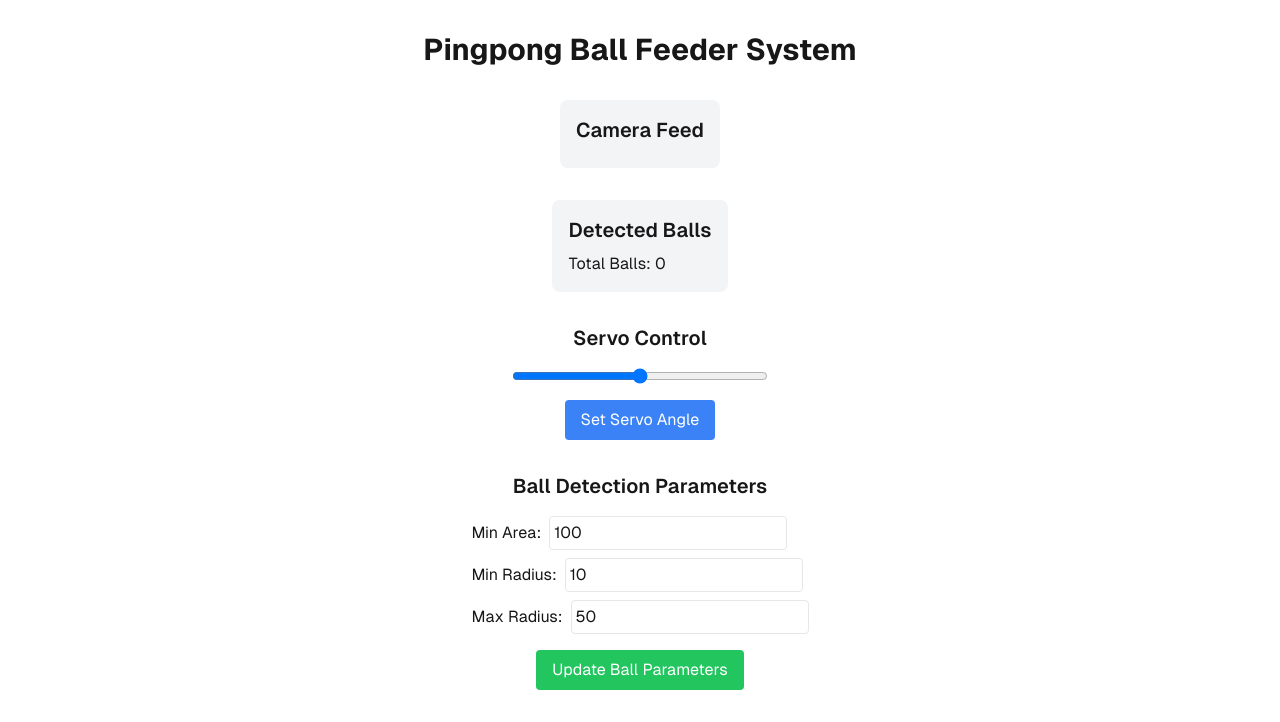
Repository: agurkmedia/pingypongy
Page: /
An editor plug-in stored every save of this project. The page is shown before and after the next save, followed by the edit.
The browser window is 1280 px wide. The pictures show the whole page.
The page's requests for data from a server got no answer. The project was rebuilt for these pictures with package versions that can differ from the ones it lists, and the page was loaded fresh each time. The framework's server and built-in components were replaced by stand-ins that run in the browser. No one was signed in, and anything a server would have sent is missing. Also part of the build but not shown: next.config.mjs.

Above is the page before, as saved 2024-09-20 11:13:44.

After the next save:
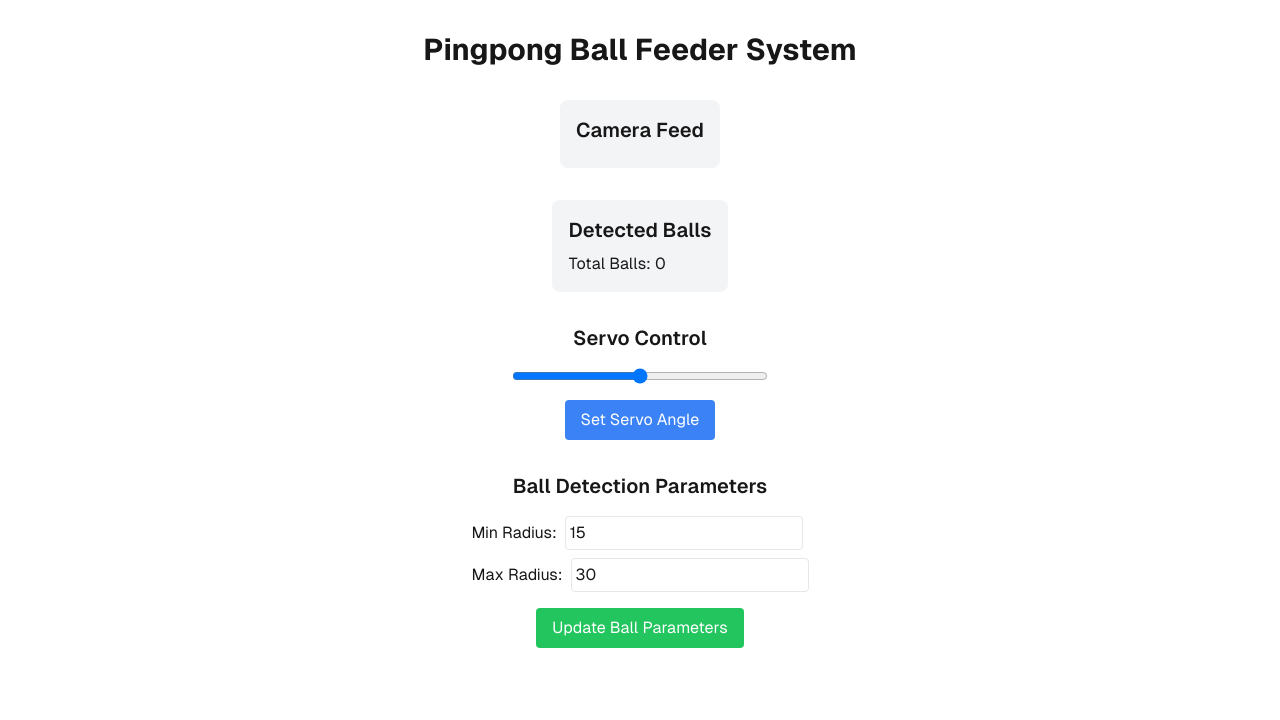
Saved 2 min 47 s later.
--- a/app/page.tsx
+++ b/app/page.tsx
@@ -6,10 +6,10 @@ interface Ball {
   x: number;
   y: number;
   color: string;
+  radius: number;  // Added radius
 }
 
 interface BallDetectionParams {
-  min_area: number;
   min_radius: number;
   max_radius: number;
 }
@@ -20,9 +20,8 @@ export default function Home() {
   const [frame, setFrame] = useState('');
   const [servoAngle, setServoAngle] = useState(90);
   const [ballParams, setBallParams] = useState<BallDetectionParams>({
-    min_area: 100,
-    min_radius: 10,
-    max_radius: 50
+    min_radius: 15,
+    max_radius: 30
   });
 
   useEffect(() => {
@@ -72,7 +71,7 @@ export default function Home() {
           <ul>
             {balls.map((ball, index) => (
               <li key={index}>
-                Ball at x: {ball.x}, y: {ball.y}, color: {ball.color}
+                Ball at x: {ball.x}, y: {ball.y}, color: {ball.color}, radius: {ball.radius}
               </li>
             ))}
           </ul>
@@ -97,15 +96,6 @@ export default function Home() {
         <div className="flex flex-col items-center gap-4">
           <h2 className="text-xl font-semibold">Ball Detection Parameters</h2>
           <div className="flex flex-col gap-2">
-            <label>
-              Min Area:
-              <input
-                type="number"
-                value={ballParams.min_area}
-                onChange={(e) => setBallParams({...ballParams, min_area: parseInt(e.target.value)})}
-                className="ml-2 p-1 border rounded"
-              />
-            </label>
             <label>
               Min Radius:
               <input
--- a/app/services/api.ts
+++ b/app/services/api.ts
@@ -23,7 +23,6 @@ export async function controlServo(angle: number) {
 }
 
 interface BallDetectionParams {
-  min_area: number;
   min_radius: number;
   max_radius: number;
 }
